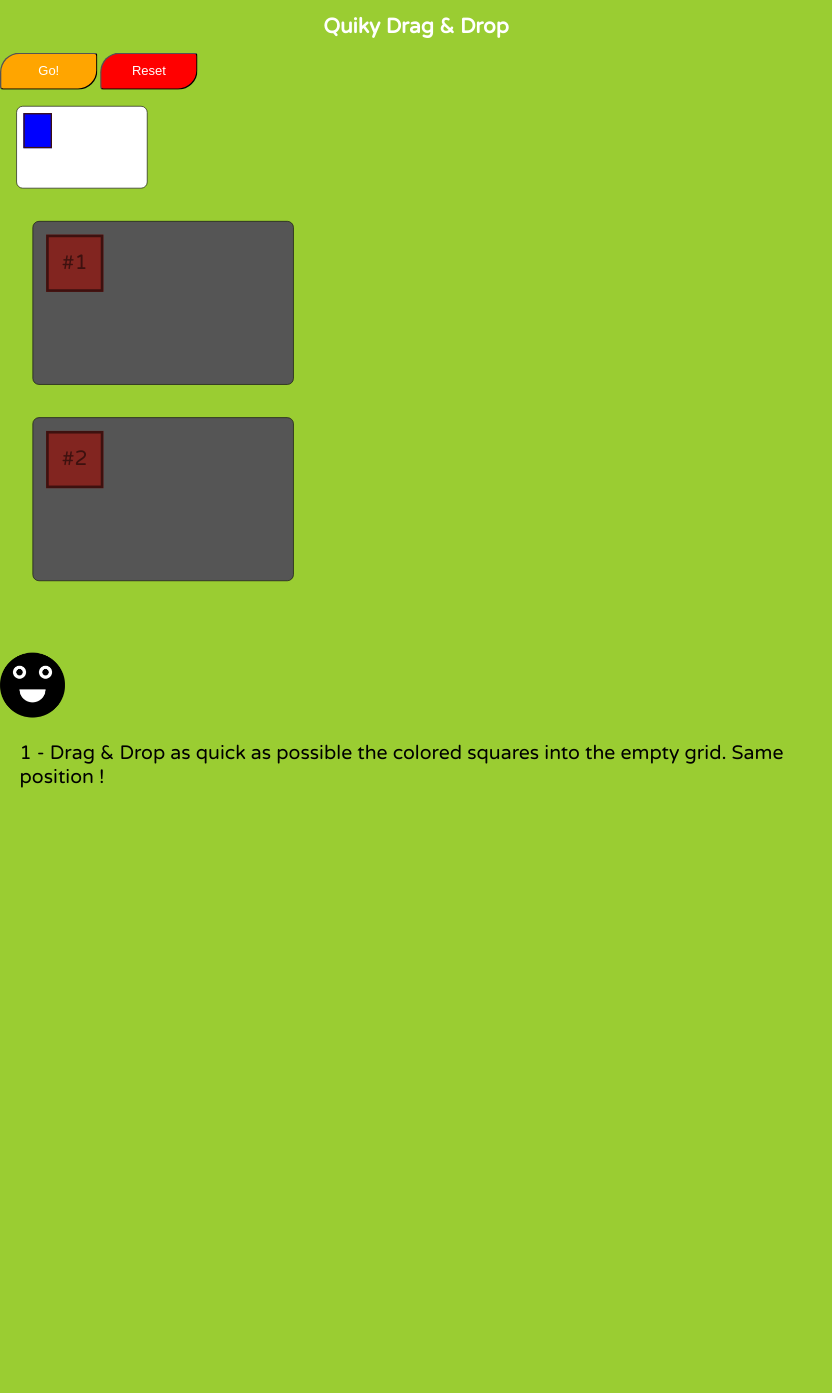
Repository: Siehan/Quiky-drag-and-drop
Page: index.html
The author's editor kept a copy of each file at every save. The page is drawn from the files as they stood at one save, then again after the next save.
The browser window is 1280 px wide. The pictures show the whole page, at 65% of full size.

Above is the page before, as saved 2020-01-22 13:49:06.
Console error: ReferenceError: documents is not defined

### index.html
<!DOCTYPE html>
<html lang="en">

<head>
  <meta charset="UTF-8">
  <meta name="viewport" content="width=device-width, initial-scale=1.0">
  <meta http-equiv="X-UA-Compatible" content="ie=edge">
  <link rel="stylesheet" type="text/css" href="style.css">
  <script type="module" src="grid.js"></script>
  <script type="text/javascript"></script>
  <title>Document</title>
</head>

<body>
  <header>
    <h1>Quiky Drag & Drop</h1>
    <button id="button-go">Go!</button>
    <button id="button-reset">Reset</button>
  </header>

<div class="dropper2">
  <div class="draggable2"></div>
</div>


<div class="dropper">
  <div class="draggable">#1</div>
</div>
<div class="dropper">
  <div class="draggable">#2</div>
</div>







  <div id="time"></div>
  <img class="black-face" src="images/1297390581.png" alt="black face">
  <p>1 - Drag & Drop as quick as possible the colored squares into the empty grid. Same position !</p>
  <div id="container">
    <div class="container-one">
    </div>
    <div class="container-two">
    </div>
  </div>

</body>

</html>

### style.css
@import url("https://fonts.googleapis.com/css?family=Varela+Round&display=swap");

body, html {
  font-family: 'Varela Round', sans-serif;
  background: yellowgreen;
  color: white;
  margin: 0 auto;
  padding: 0;
}

#button-go {
  width: 150px;
  color: white;
  font-size: 20px;
  background-color: orange;
  padding: 15px;
  border-radius: 30px 5px;
}

#button-reset {
  width: 150px;
  color: white;
  font-size: 20px;
  background-color: red;
  padding: 15px;
  border-radius: 30px 5px;
}

h1 {
  color: white;
  text-align: center;
  border-style: 1px black;
}

p {
  padding: 30px;
  margin: auto;
  font-family: 'Varela Round', sans-serif;
  font-size: 30px;
  color: black;
}

.black-face {
  width: 100px;
}

#container {
  display: flex;
}

.container-one {
  display: grid;
  padding: 50px;
  grid-template-columns: repeat(5,1fr);
  grid-template-rows: repeat(5,1fr);
  width: 800px;
  height: 800px;
  grid-gap: 7px;
}

.container-two {
  display: grid;
  padding: 50px;
  grid-template-columns: repeat(5,1fr);
  grid-template-rows: repeat(5,1fr);
  width: 800px;
  height: 800px;
  grid-gap: 7px;
}

.container-one div {
  border: 1.5px solid white;
  width: 100%;
}

.container-two div {
  border: 1.5px solid black;
  width: 100%;
}

#time {
  padding: 50px;
  margin: auto;
  color: white;
  font-size: 25px;
}

.dropper {
    margin: 50px 10px 10px 50px;
    width: 400px;
    height: 250px;
    background-color: #555;
    border: 1px solid #111;

    border-radius: 10px;
    transition: all 200ms linear;
}

.drop_hover {
    box-shadow: 0 0 30px rgba(0, 0, 0, 0.8) inset;
}

.draggable {
    display: inline-block;
    margin: 20px 10px 10px 20px;
    padding-top: 20px;
    width: 80px;
    height: 60px;
    color: #3D110F;
    background-color: #822520;
    border: 4px solid #3D110F;
    text-align: center;
    font-size: 2em;
    cursor: move;

    transition: all 200ms linear;
    user-select: none;
}

.dropper2 {
    margin: 25px 5px 5px 25px;
    width: 200px;
    height: 125px;
    background-color: white;
    border: 1px solid #111;

    border-radius: 10px;
    transition: all 200ms linear;
}

.drop_hover2 {
    box-shadow: 0 0 15px rgba(0, 0, 0, 0.8) inset;
}

.draggable2 {
    display: inline-block;
    margin: 10px 5px 5px 10px;
    padding-top: 20px;
    width: 40px;
    height: 30px;
    color: #3D110F;
    background-color: blue;
    border: 2px solid #3D110F;
    text-align: center;
    font-size: 1em;
    cursor: move;

    transition: all 200ms linear;
    user-select: none;
}

### grid.js
function selectGeometricForms() {
    const btn = document.getElementById("button-go");
    const btnReset = document.getElementById("button-reset");
}

function setBlockColor() {
    const cases = document.querySelectorAll(".container-one div");
    cases.forEach(
        c =>
            c.style.background = getRandomColor())
}

function getRandomColor() {
    var letters = '0123456789ABCDEF';
    var color = '#';
    for (var i = 0; i < 6; i++) {
        color += letters[Math.floor(Math.random() * 16)];
    }
    return color;
}

(function() {

    var dndHandler = {

        draggedElement: null,

        applyDragEvents: function(element) {

            element.draggable = true;

            var dndHandler = this;

            element.addEventListener('dragstart', function(e) {
                dndHandler.draggedElement = e.target;
                e.dataTransfer.setData('text/plain', '');
            });
        },
        applyDropEvents: function(dropper) {

            dropper.addEventListener('dragover', function(e) {
                e.preventDefault();
                this.className = 'dropper drop_hover';
            });

            dropper.addEventListener('dragleave', function() {
                this.className = 'dropper';
            });

            var dndHandler = this;

            dropper.addEventListener('drop', function (e) {

                var target = e.target,
                    draggedElement = dndHandler.draggedElement,
                    clonedElement = draggedElement.cloneNode(true);

                while (target.classNam.indexOf('droper') == -1) {
                    target = target.parentNode;
                }

                target.className = 'dropper';
                clonedElement = target.appendChild(clonedElement);
                dndHandler.applyDragEvents(clonedElement);
                draggedElement.parentNode.removeChild(draggedElement);
            });
        }
    };

    var elements = document.querySelectorAll('.draggable'),
        elementsLen = elements.length;

    for (var i = 0; i < elementsLen; i++) {
        dndHandler.applyDragEvents(elements[i]);
    }

    var droppers = documents.querySelectorAll('.dropper'),
        droppersLen = droppers.length;

    for (var i = 0; i < droppersLen; i++) {
        dndHandler.applyDropEvents(droppers[i]);
    }

})();


function hourglass(id, cpt, lim, prev, next, callback) {
    (function f() {
        var el = document.getElementById(id);
        el.innerHTML = prev + cpt + next;
        if (cpt > lim) {
            cpt--;
            setTimeout(f, 999);
        } else if (callback) {
            callback();
        }
    })();
}

window.onload = function () {
    hourglass('time', 59, 0, 'The game ends in ', ' seconds', function () {
        alert("Game over !");
    });
};

for (let i = 0; i <= 24; i++) {
    var containerOne = document.querySelector(".container-one");
    var newDiv = document.createElement("div");
    newDiv.className = ("caseOne-" + i + " caseTableau1")
    containerOne.appendChild(newDiv);
    console.log(containerOne);
}

for (let i = 0; i <= 24; i++) {
    var containerTwo = document.querySelector(".container-two");
    var newDiv2 = document.createElement("div");
    newDiv2.className = ("caseTwo-" + i + " caseTableau2")
    containerTwo.appendChild(newDiv2);
    console.log(containerTwo);
}

setBlockColor()

After the next save:
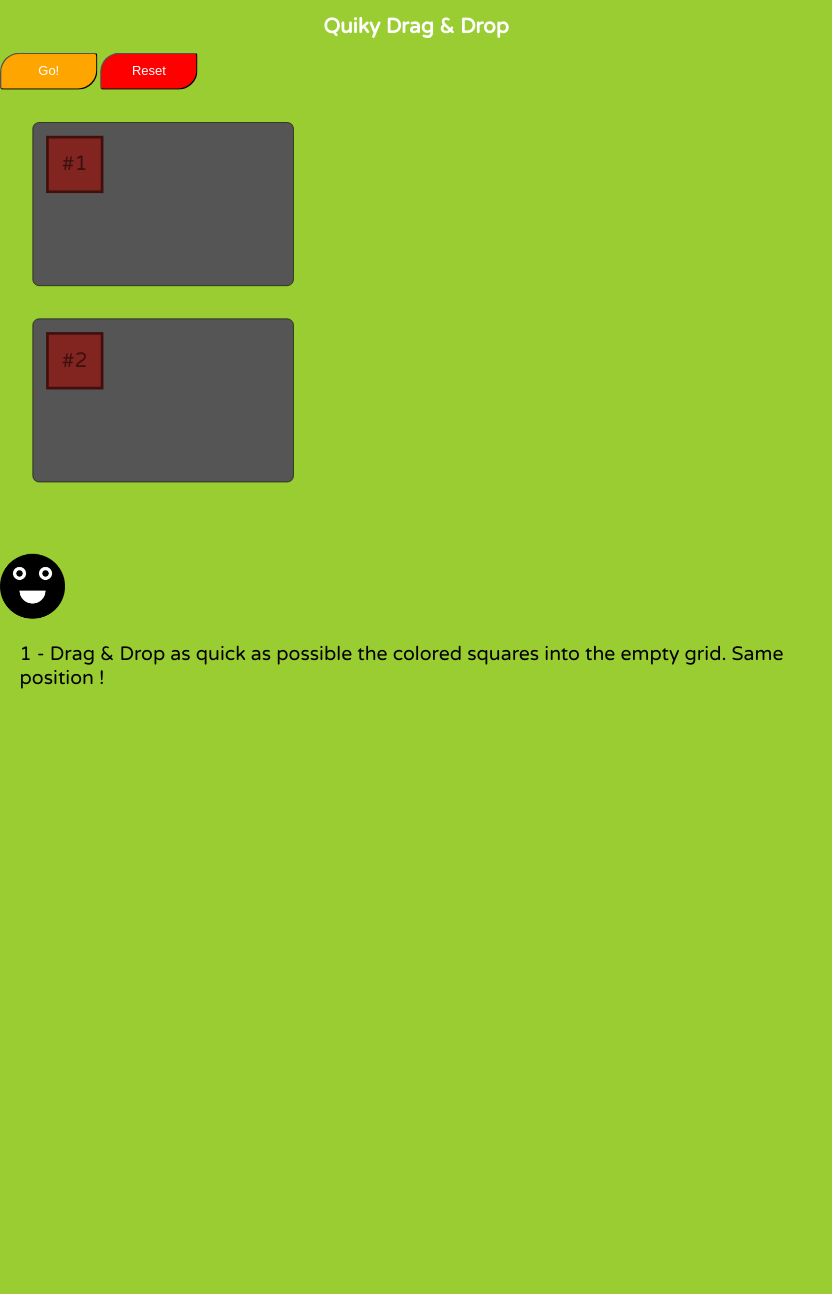
Saved 19 s later.
--- a/style.css
+++ b/style.css
@@ -116,35 +116,3 @@ p {
     transition: all 200ms linear;
     user-select: none;
 }
-
-.dropper2 {
-    margin: 25px 5px 5px 25px;
-    width: 200px;
-    height: 125px;
-    background-color: white;
-    border: 1px solid #111;
-
-    border-radius: 10px;
-    transition: all 200ms linear;
-}
-
-.drop_hover2 {
-    box-shadow: 0 0 15px rgba(0, 0, 0, 0.8) inset;
-}
-
-.draggable2 {
-    display: inline-block;
-    margin: 10px 5px 5px 10px;
-    padding-top: 20px;
-    width: 40px;
-    height: 30px;
-    color: #3D110F;
-    background-color: blue;
-    border: 2px solid #3D110F;
-    text-align: center;
-    font-size: 1em;
-    cursor: move;
-
-    transition: all 200ms linear;
-    user-select: none;
-}
